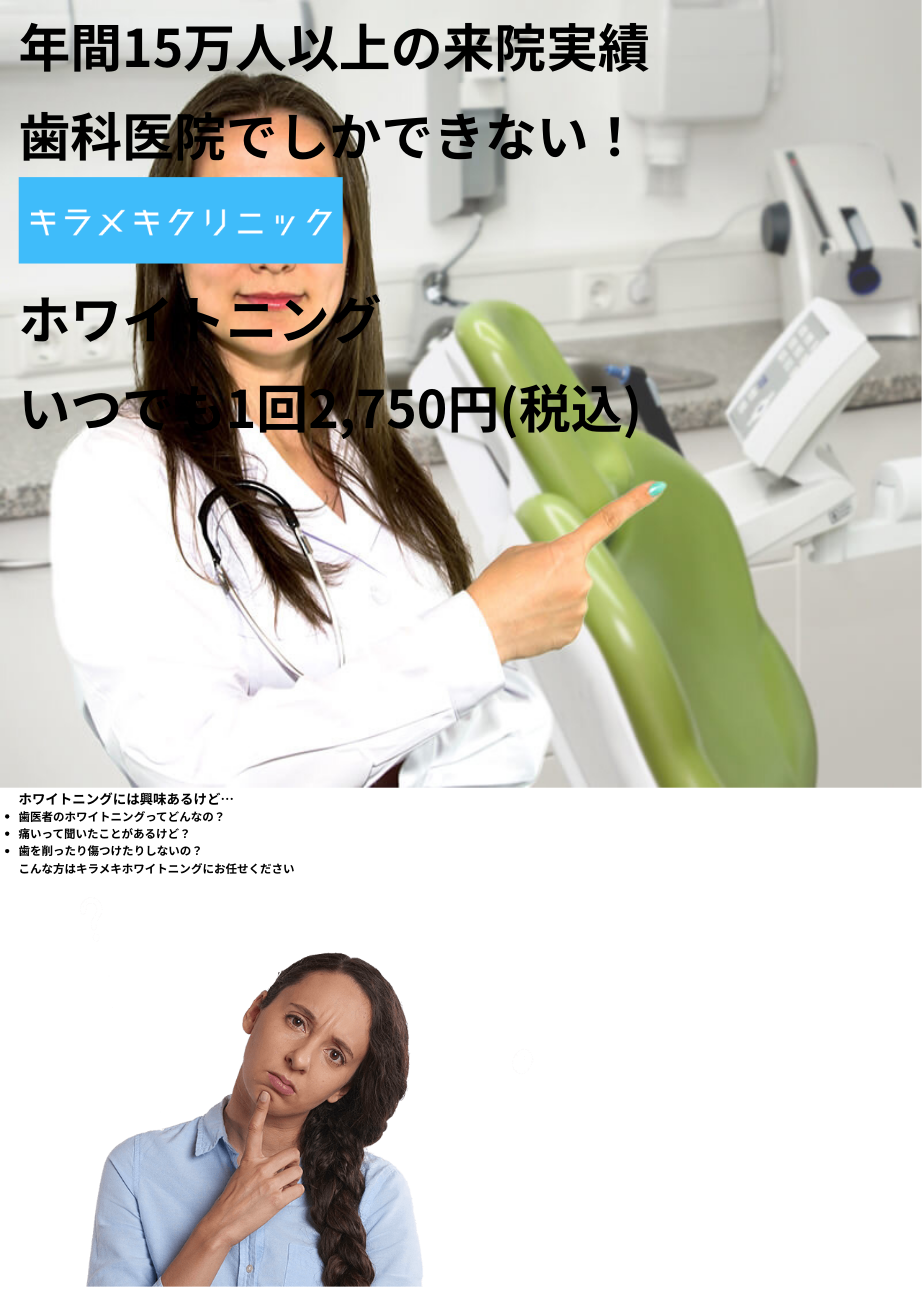
Repository: ryu-nuno/tech_academy_subwork
Page: first/index.html
The author's editor kept a record of every edit. The page is drawn from the files as they stood at one moment, then again after the next edit.
The browser window is 1280 px wide. The pictures show the whole page, at 72% of full size.
Some web libraries are served in a nearby version.

Above is the page before.

After the next edit:
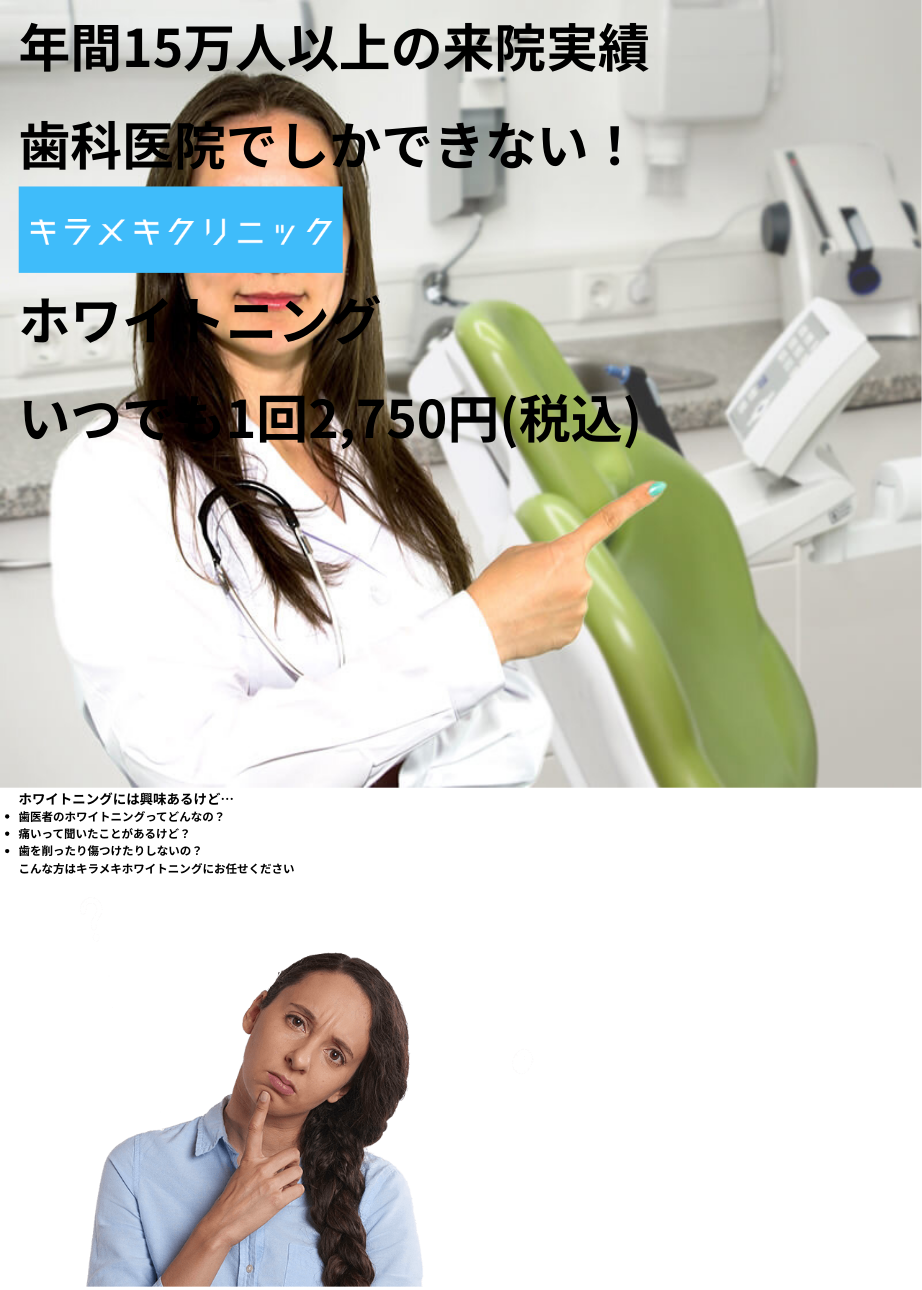
The edit:
--- a/first/css/style.css
+++ b/first/css/style.css
@@ -46,6 +46,14 @@
   font-weight: 900;
 }
 
+header .wrapper span+span {
+  margin: .8rem 0 0;
+}
+
+header .wrapper h1 {
+  font-size: 0;
+}
+
 .wrapper h1{
   font-size: 3.294vw;
 }
